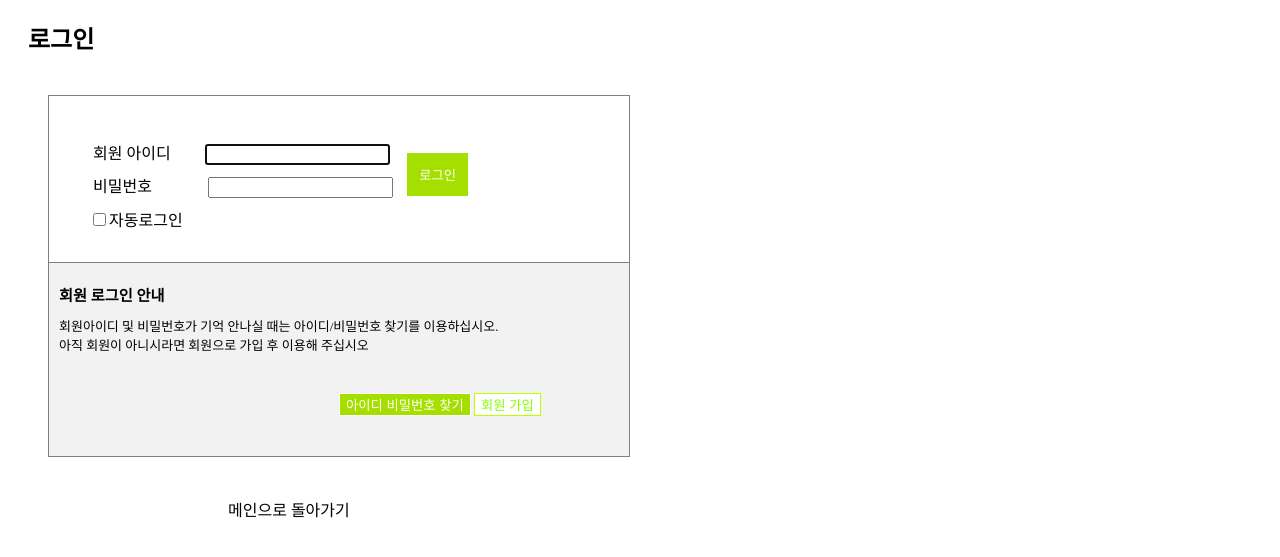
Repository: ks12b0000/JSP-School-Class
Page: chap10_JSP/src/main/webapp/Test/loginWrite.html
These files come from the project's save history. The page is drawn as it stood at one moment and after the next save; the edit follows.
The browser window is 1280 px wide. The pictures show the whole page.

Above is the page before, as saved 2022-06-04 12:01:05.

### chap10_JSP/src/main/webapp/Test/loginWrite.html
<!DOCTYPE html>
<html>
<head>
	<meta charset="UTF-8">
	<meta name="viewport" content="width=device-width, initial-scale=1.0">
	<title>로그인</title>
	<link rel="stylesheet" href="loginWrite.css" />
	<script>
function loginChk() {
    var form = document.f1;
    if (!form.user_id.value) {
        alert("아이디를 입력해 주십시오.");
        form.user_id.focus();
        return;
    }

    if (!form.user_pw.value) {
        alert("비밀번호를 입력해 주십시오.");
        form.user_pw.focus();
        return;
    }
    form.submit();
}
    </script>
</head>
<body>
	<h2>로그인</h2>
	<div class="login1">
	<form name="f1" method="post">
	<div id="id" >
		<label for="user_id">회원 아이디</label> <input type="text" id="user_id" name="user_id" autofocus/><br/>
	</div>
	<div id="pw">
		<label for="user_pw">비밀번호</label> <input type="password" id="user_pw" name="user_pw"/>
	</div>
	<div id="login_Bt">
		<input type="submit" value="로그인" onclick="loginChk()"/><br/>
	</div>
	</form>
	<form id="login_Ck">
		<input type="checkbox" id="Auto-Login" /><label for="Auto-Login">자동로그인</label>
	</form>
	</div>
	<div class="login2">
		<h3>회원 로그인 안내</h3><br/>
		<p>회원아이디 및 비밀번호가 기억 안나실 때는 아이디/비밀번호 찾기를 이용하십시오.<br/>
		아직 회원이 아니시라면 회원으로 가입 후 이용해 주십시오</p><br/>
		<form>
			<a href="findMemberInfo.html"><input id="idpw_bt" type="button" value="아이디 비밀번호 찾기" /></a>
			<a href="memberWriteSub.html"><input id="signup" type="button" value="회원 가입" /></a><br/>
		</form>
	</div>

	<a href="http://localhost:8080/chap10_JSP/Test/loginWrite.html" id="mainback">메인으로 돌아가기</a>
</body>
</html>

### chap10_JSP/src/main/webapp/Test/loginWrite.css
@charset "UTF-8";
	body h2 {
		margin-left: 20px;
	}
	.login1 {
		width: 500px;
		border: 1px solid gray;
		margin: 40px;
		padding: 40px;

	}
	.login1 #id {
		width: 400px;

		padding: 4px;
	}
	.login1 #id input {

		margin-left: 30px;
	}
	.login1 #pw {

		padding: 4px;
	}
	.login1 #pw input {

		margin-left: 52px;
	}
	.login1 #login_Bt {
		text-align: right;
		margin-top: -50px;
		margin-right: 120px;
	}
	.login1 #login_Bt input {
		margin-left: 5px;
		padding: 12px;
		border: 1px solid white;
		background-color: #A5DF00;
		color: white;
	}
	.login1 #login_Ck {
		margin-top: 10px;
	}
	.login2 {
		border: 1px solid gray;
		font-size: 13px;
		background-color: #F2F2F2;
		width: 500px;
		margin: 40px;
		padding: 40px;
		margin-top: -50px;

	}
	.login2 h3 {
		margin-top: -20px;
		margin-left: -30px;
	}
	.login2 p {
		margin-top: -20px;
		margin-left: -30px;
	}
	.login2 form {
		margin-top: 10px;
		margin-left: 250px;

	}
	.login2 #idpw_bt {
		border: 1px solid white;
		background-color: #A5DF00;
		color: white;
	}
	.login2 #signup {
		border: 1px solid #BFFF00;
		background-color: white;
		color: #80FF00;
	}
	body #mainback {
		margin-left: 220px;
		text-decoration: none;
		color: black;
	}
	body #em2 {
		border-top: 1px solid gray;
		margin-left: 20px;
		padding-top: 15px;
	}
	#email1 {
		margin-left: 20px;
		font-size: 19px;
	}
	#email1 input {
		width: 500px;
		height: 30px;
	}
	.button {
		margin-top: 40px;
		margin-left: 250px;
	}
	.button #Confirm {
		margin-left: 5px;
		padding: 12px;
		width: 150px;
		border: 1px solid white;
		background-color: #A5DF00;
		color: white;
	}
	.button #close {
		margin-left: 5px;
		padding: 12px;
		width: 100px;
		border: 1px solid white;
		background-color: #0B3B39;
		color: white;
	}
	body #tm2 {
		color: red;
		text-align: center;
	}
	body #tm3,#tm5 {
		text-align: center;
	}
	body #tm4,#tm6 {
		border: 1px solid black;
		width: 1300px;
		height: 300px;
		background-color: #D8D8D8;
		margin-left: 10px;
	}
	#terms_Ck,#terms_Ck2 {
		text-align: right;
	}
	#signup3 {
		text-align: center;
	}
	#signup3 input {
		margin-left: 5px;
		padding: 12px;
		border: 1px solid white;
		background-color: #A5DF00;
		color: white;
	}
	.button3 {
		text-align: right;
		margin-top: -50px;
		margin-right: 10px;
	}
	.button3 #notebox {
		border: 1px solid #BFFF00;
		background-color: white;
		color: #80FF00;
		padding: 6px;
	}
	.button3 #Revise {
		border: 1px solid #BFFF00;
		background-color: white;
		color: #80FF00;
		padding: 6px;
	}
	.button3 #secession {
		border: 1px solid white;
		background-color: #A5DF00;
		color: white;
		padding: 6px;
	}
	.Profile111 {
		border: 1px solid gray;
		border-collapse: collapse;
		margin-top: 15px;
		width: 100%;
		height: 150px;
		background-color: #FAFAFA;
	}
	.Profile111 #Profile112 {
		border-bottom: 1px solid gray;
	}
	.Profile2 {
		border-top: 3px solid black;
		width: 100%;
		background-color: #F2F2F2;
		height: 50px;
		border-bottom: 1px solid gray;
		margin-top: 20px;
	}
	#hh3 {
		margin-left: 10px;
	}
	.Contents {
		text-align: center;
		margin-top: 100px;
		border-bottom: 1px solid gray;
		height: 100px;
	}
	.menu1 ul {
		background-color: #585858;
		height: 50px;
		margin: 0;
		padding: 0;
		list-style: none;

	}
	.menu1 li {
		float: left;
		border-right: 1px solid #2E2EFE;
	}
	.menu1 li a {
		padding-left: 10px;
		color: white;
		text-decoration: none;
		display: block;
		text-align: center;
		padding: 14px 16px;
	}
	.menu1 #a1 {
		border-left: 1px solid #2E2EFE;
		margin-left: 10px;
	}
	.guide {
		text-align: left;
	}
	.button2 {
		text-align: center;
	}
	.button2 #close2 {
		text-align: center;
		padding: 10px;
		width: 80px;
		border: 1px solid white;
		background-color: #0B4C5F;
		color: white;
	}
	.Profile3 {
		border-top: 3px solid black;
		width: 100%;
		height: 50px;
		margin-top: 20px;
	}
	.Profile3 #id12 {
		margin-top: 20px;
		padding-left:10px;
		padding-top: 10px;
		text-align: left;
		width: 200px;
		background-color: #F2F2F2;
		height: 60px;
	}
	.Profile3 input {
		background-color: #F2F2F2;
		margin-left: 15px;
		margin-top: 10px;
		padding-top: 10px;
		border: 1px solid gray;
		width: 500px;
		text-align: left;
	}
	.Profile3 p {
		font-size: 13px;
		margin-left: 15px;

	}
	.Profile4 {
		border-top: 1px solid gray;
		border-bottom: 1px solid gray;
		width: 100%;
		height: 50px;
	}
	.Profile4 #id13 {
		margin-top: 20px;
		padding-left:10px;
		padding-top: 10px;
		text-align: left;
		width: 200px;
		background-color: #F2F2F2;
		height: 200px;
	}
	.Profile4 #ucontent {
		background-color: #F2F2F2;
		margin-left: 15px;
		margin-top: 10px;
		padding-top: 10px;
		border: 1px solid gray;
		width: 700px;
		height: 200px;
		text-align: left;
	}
	.button12 {
		margin-top: 40px;
		text-align: center;
	}
	.button12 #Confirm12 {
		margin-left: 5px;
		padding: 12px;
		width: 150px;
		border: 1px solid white;
		background-color: #A5DF00;
		color: white;
	}
	.button12 #close12 {
		margin-left: 5px;
		padding: 12px;
		width: 100px;
		border: 1px solid white;
		background-color: #0B3B39;
		color: white;
	}

After the next save:
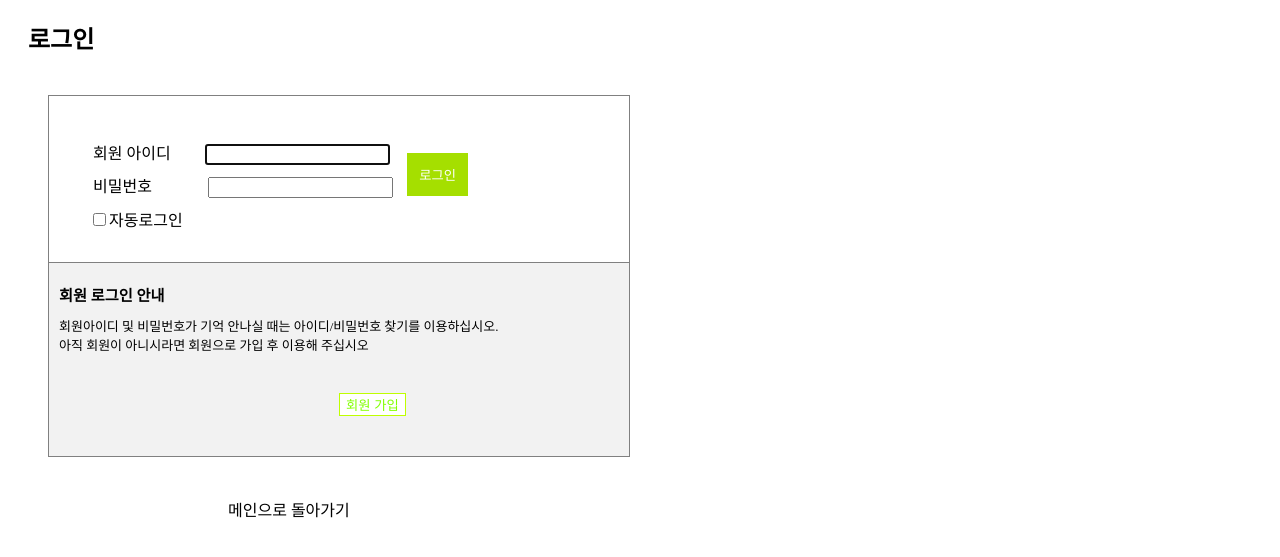
Saved 25 min 28 s later.
--- a/chap10_JSP/src/main/webapp/Test/loginWrite.html
+++ b/chap10_JSP/src/main/webapp/Test/loginWrite.html
@@ -46,7 +46,7 @@
 		<p>회원아이디 및 비밀번호가 기억 안나실 때는 아이디/비밀번호 찾기를 이용하십시오.<br/>
 		아직 회원이 아니시라면 회원으로 가입 후 이용해 주십시오</p><br/>
 		<form>
-			<a href="findMemberInfo.html"><input id="idpw_bt" type="button" value="아이디 비밀번호 찾기" /></a>
+			<a href="findMemberInfo.html" onclick="window.open(this.href,'_blank')"></a>
 			<a href="memberWriteSub.html"><input id="signup" type="button" value="회원 가입" /></a><br/>
 		</form>
 	</div>

After the save that followed:
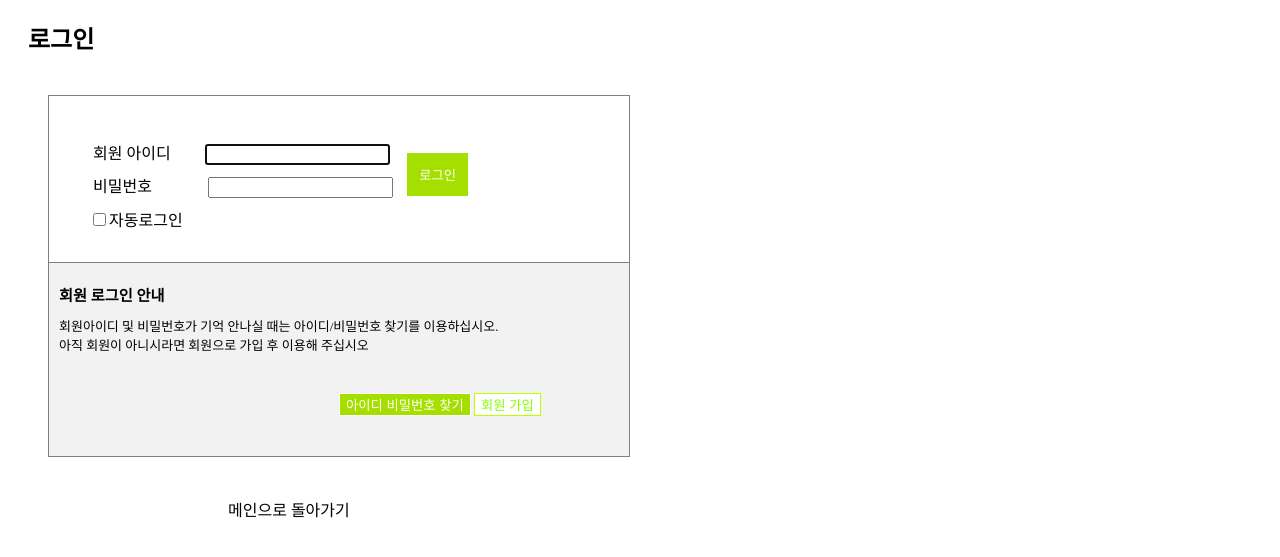
Saved 11 s later.
--- a/chap10_JSP/src/main/webapp/Test/loginWrite.html
+++ b/chap10_JSP/src/main/webapp/Test/loginWrite.html
@@ -46,7 +46,7 @@
 		<p>회원아이디 및 비밀번호가 기억 안나실 때는 아이디/비밀번호 찾기를 이용하십시오.<br/>
 		아직 회원이 아니시라면 회원으로 가입 후 이용해 주십시오</p><br/>
 		<form>
-			<a href="findMemberInfo.html" onclick="window.open(this.href,'_blank')"></a>
+			<a href="findMemberInfo.html" onclick=""><input id="idpw_bt" type="button" value="아이디 비밀번호 찾기" /></a>
 			<a href="memberWriteSub.html"><input id="signup" type="button" value="회원 가입" /></a><br/>
 		</form>
 	</div>
